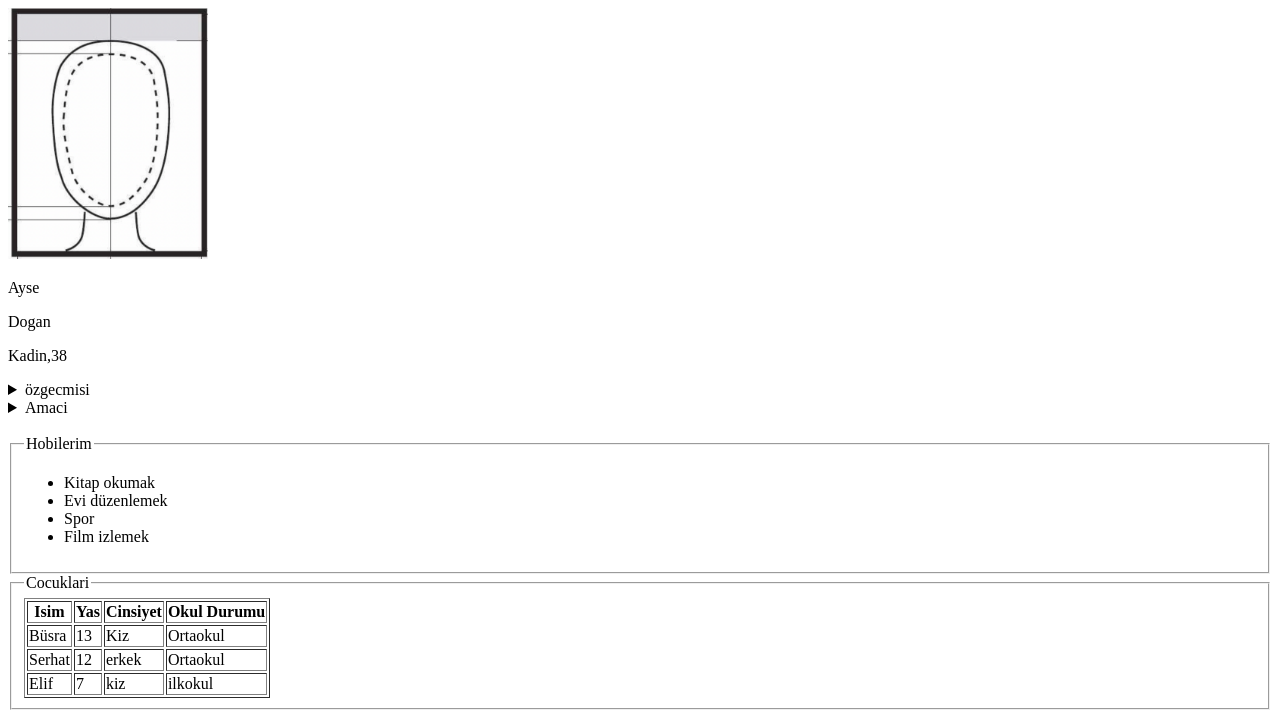
Repository: aysedo/html
Page: Week_2/profile/index.html
These files come from the project's save history. The page is drawn as it stood at one moment and after the next save; the edit follows.
The browser window is 1280 px wide. The pictures show the whole page.

Above is the page before, as saved 2021-08-25 23:38:47.

After the next save:
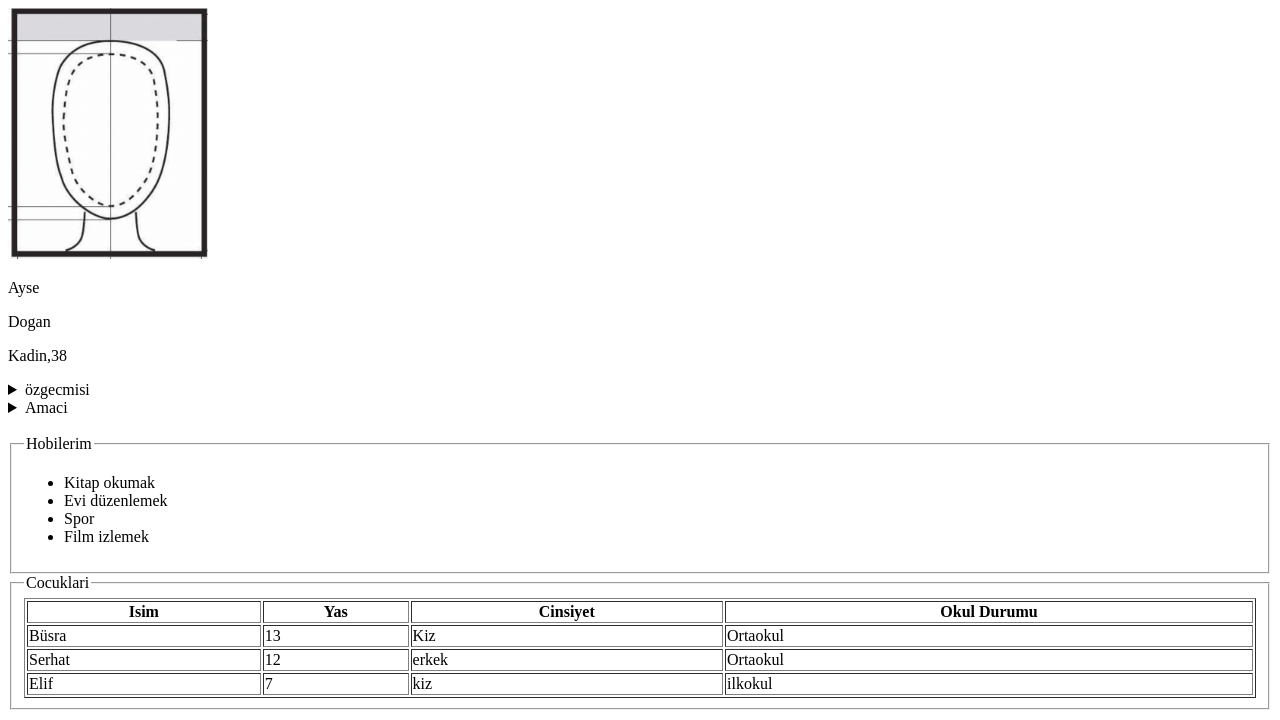
Saved 95 s later.
--- a/Week_2/profile/index.html
+++ b/Week_2/profile/index.html
@@ -41,7 +41,7 @@
               </fieldset>
               <fieldset>
                 <legend> Cocuklari</legend>
-                <table border="1">
+                <table border="1" width="100%">
                   <th> Isim </th>
                   <th> Yas </th>
                   <th> Cinsiyet</th>
